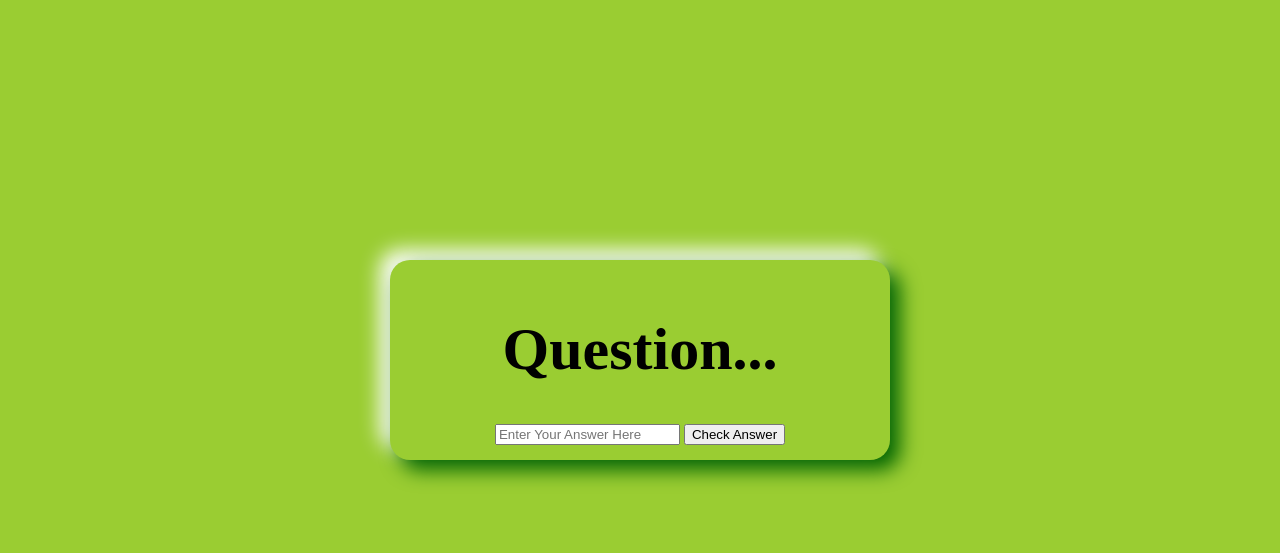
Repository: Joseph061200/Dynamic_Lab2
Page: joseph.html
These files come from the project's save history. The page is drawn as it stood at one moment and after the next save; the edit follows.
The browser window is 1280 px wide. The pictures show the whole page.

Above is the page before, as saved 2020-02-20 14:26:39.

### joseph.html
<!DOCTYPE html>
<html>
    <head>
        <title>Joseph</title>
        <link rel="stylesheet" href="joseph.css">
    </head>
    <body>
        <div class="app">
            <div class="pop_up question">
                <h1 class="h1">Question...</h1>
                <div>
                    <input id="answer" type="text" placeholder="Enter Your Answer Here">
                    <button onclick="CheckAnswer()">Check Answer</button>
                </div>
            </div>
        </div>
        <script src="joseph.js"></script>
    </body>
</html>

### joseph.css
body,html {
    margin: 0;
}
.app{
    width: 100vw;
    height: 100vh;
    display: flex;
    justify-content: center;
    align-items: center;
    background-color: yellowgreen;
}
.pop_up{
    width: 500px;
    height: 200px;
    display: flex;
    flex-direction: column;
    justify-content: center;
    align-items: center;
    background-color: yellowgreen;
    border-radius: 20px;
    box-shadow: 10px 10px 20px darkgreen,-10px -10px 20px white;

}
h1 {
    font-size: 60px;
}

### joseph.js
function CheckAnswer(){
    var myInput = document.querySelector("#answer").value;
    console.log(myInput);
    if (myInput === "B"){
        alert("Correct!");
    }else {
        alert("wrong");
    }
}

After the next save:
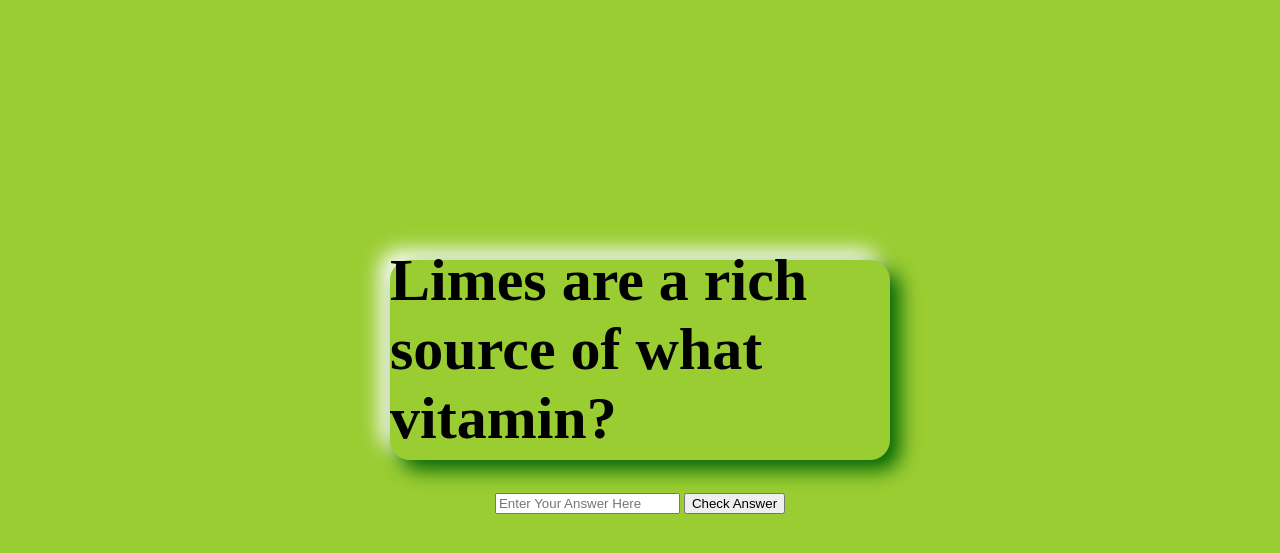
Saved 2 min 49 s later.
--- a/joseph.html
+++ b/joseph.html
@@ -7,7 +7,7 @@
     <body>
         <div class="app">
             <div class="pop_up question">
-                <h1 class="h1">Question...</h1>
+                <h1 class="h1">Limes are a rich source of what vitamin?</h1>
                 <div>
                     <input id="answer" type="text" placeholder="Enter Your Answer Here">
                     <button onclick="CheckAnswer()">Check Answer</button>
